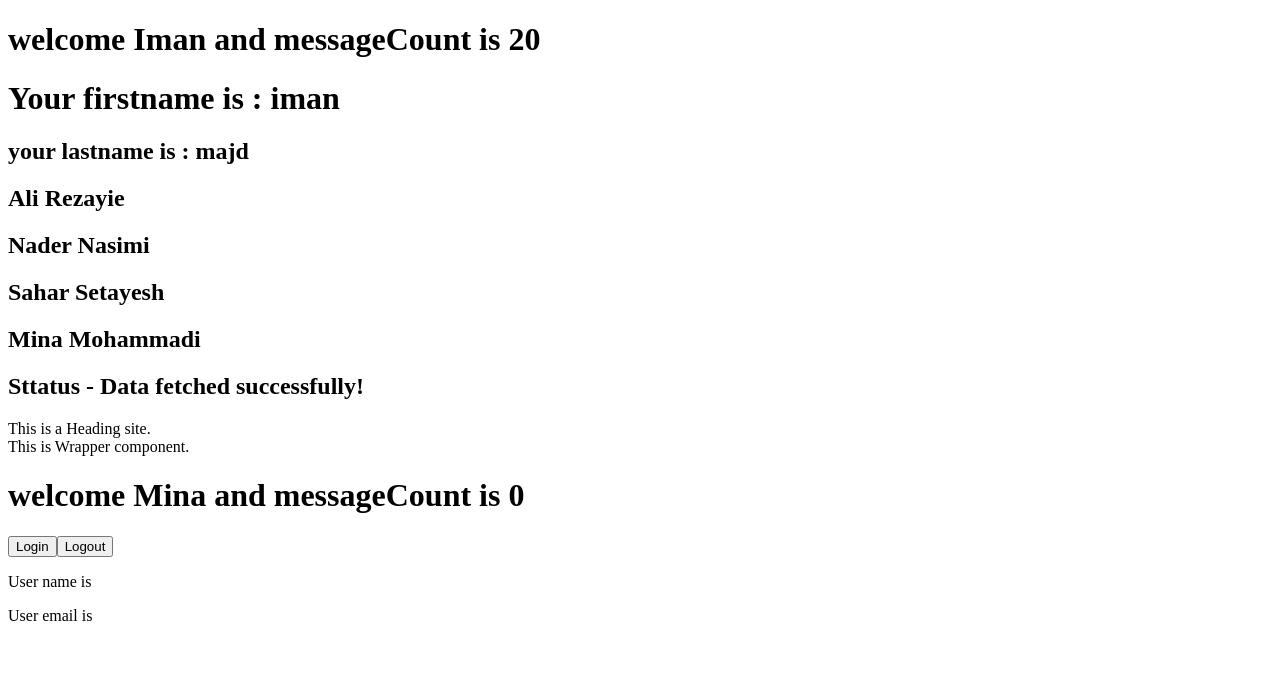
Repository: imangame2125/Typescript-learn-course
Page: /
These files come from the project's save history. The page is drawn as it stood at one moment and after the next save; the edit follows.
The browser window is 1280 px wide. The pictures show the whole page.
The project was rebuilt for these pictures with package versions that can differ from the ones it lists, and the page was loaded fresh each time.

Above is the page before, as saved 2023-09-30 15:32:42.

### src/App.tsx
import React from "react";
import { Greet } from "./components/pages/Greet";
import Person from "./components/pages/Person";
import PersonList from "./components/pages/PersonList";
import Status from "./components/pages/Status";
import Heading from "./components/pages/Heading";
import { Wrapper } from "./components/pages/Wrapper";
import User from "./components/pages/User";

function App() {
  const personName = {
    firstName: "iman",
    lastName: "majd",
  };

  const nameList = [
    {
      firstName:'Ali',
      lastName:'Rezayie'
    },


    {
      firstName:'Nader',
      lastName:'Nasimi'
    },


    {
      firstName:'Sahar',
      lastName:'Setayesh'
    },



    {
      firstName:'Mina',
      lastName:'Mohammadi'
    },
  ]
  return (
    <div className="App">
      <Greet name="Iman" messageCount={20} isLoggedIn={true} family={0} />
      <Person name={personName} />
      <PersonList names={nameList}/>
      <Status status="success"/>
      <Heading>
        This is a Heading site.
      </Heading>
      <Wrapper>
        <Heading>This is Wrapper component.</Heading>
      </Wrapper>
      <Greet name='Mina' isLoggedIn={true} family={0}/>
      <User/>
    </div>
  );
}

export default App;

### src/components/pages/Greet.tsx
import React from "react";
import { GreetProps } from "../types/GreetProps";

//optional props

export const Greet = ({ name, messageCount = 0, isLoggedIn }: GreetProps) => {
  return (
    <div>
      {isLoggedIn ? (
        <h1>{`welcome ${name} and messageCount is ${messageCount}`}</h1>
      ) : (
        <h2>its bad...</h2>
      )}
    </div>
  );
};

### src/components/pages/Person.tsx
import React from "react";
import { PersonProps } from "../types/PersonProps";

const Person = ({ name: { firstName, lastName } }: PersonProps) => {
  return (
    <div>
      <h1>Your firstname is : {firstName}</h1>
      <h2>your lastname is : {lastName}</h2>
    </div>
  );
};

export default Person;

### src/components/pages/PersonList.tsx
import React from 'react'
import { Name } from '../types/PersonLIstProps'

type PersonsListProps = {
  names:Name[]
}

const PersonList = ({names}:PersonsListProps) => {
  return (
    <div>
        {names.map((name)=>{
            return(
                <h2 key={name.firstName}>{name.firstName} {name.lastName}</h2>
            )
        })}
    </div>
  )
}

export default PersonList

### src/components/pages/Status.tsx
import React from "react";
import { StatusProps } from "../types/StatusProps";
//a Union of string literals

const Status = ({ status }: StatusProps) => {
  let message;
  if (status === "loading") {
    message = "Loading...";
  } else if (status === "success") {
    message = "Data fetched successfully!";
  } else if (status === "error") {
    message = "Error fetching data";
  }
  return (
    <div>
        <h2>Sttatus - {message}</h2>
    </div>
  );
};

export default Status;

### src/components/pages/Heading.tsx
import React from "react";
import { HeadingProps } from "../types/HeadingProps";

//children props
const Heading = ({ children }: HeadingProps) => {
  return <div>{children}</div>;
};

export default Heading;

### src/components/pages/Wrapper.tsx
import React from "react";
import { WrapperProps } from "../types/WrapperProps";
//children props when type is React.ReactNode

export const Wrapper = ({ children }: WrapperProps) => {
  return <div>{children}</div>;
};

### src/components/pages/User.tsx
import React, { useState } from "react";
// import { UserProps } from "../types/UserProps";

type UserProps = {
  name: string;
  email: string;
};

const User = () => {
  const [user, setUser] = useState<UserProps>({} as UserProps);
  const handleLogin = () => {
    setUser({
      name: "iman",
      email: "imanclever51@gmail.com",
    });
  };

  const handleLogout = () => {
    setUser({
      name: "",
      email: "",
    });
  };
  return (
    <div>
      <button onClick={handleLogin}>Login</button>
      <button onClick={handleLogout}>Logout</button>
      <p>User name is {user.name} </p>
      <p>User email is {user.email}</p>
    </div>
  );
};

export default User;

### src/components/pages/Container.jsx
import React, { useReducer } from "react";

const initialState = { count: 0 };

function reducer(state, action) {
  switch (action.type) {
    case "INCREMENT":
      return {
        count: state.count + action.payload,
      };

    case "DECREMENT":
      return {
        count: state.count - action.payload,
      };
    default:
      return state;
  }
}

const Container = () => {
  const [state, dispatch] = useReducer(reducer, initialState);

  const handleInc = () => {
    dispatch({
      type: "INCREMENT",
      payload: 10,
    });
  };
  return (
    <>
      Count: {state.count}
      {/* <button onClick={() => dispatch({ type: "INCREMENT", payload: 10 })}> */}
      <button onClick={handleInc}>
        Increment 10
      </button>
      <button onClick={() => dispatch({ type: "DECREMENT", payload: 10 })}>
        Decrement 10
      </button>
    </>
  );
};

export default Container;

Loaded but not shown: public/index.html (common file); src/index.tsx (common file)

After the next save:
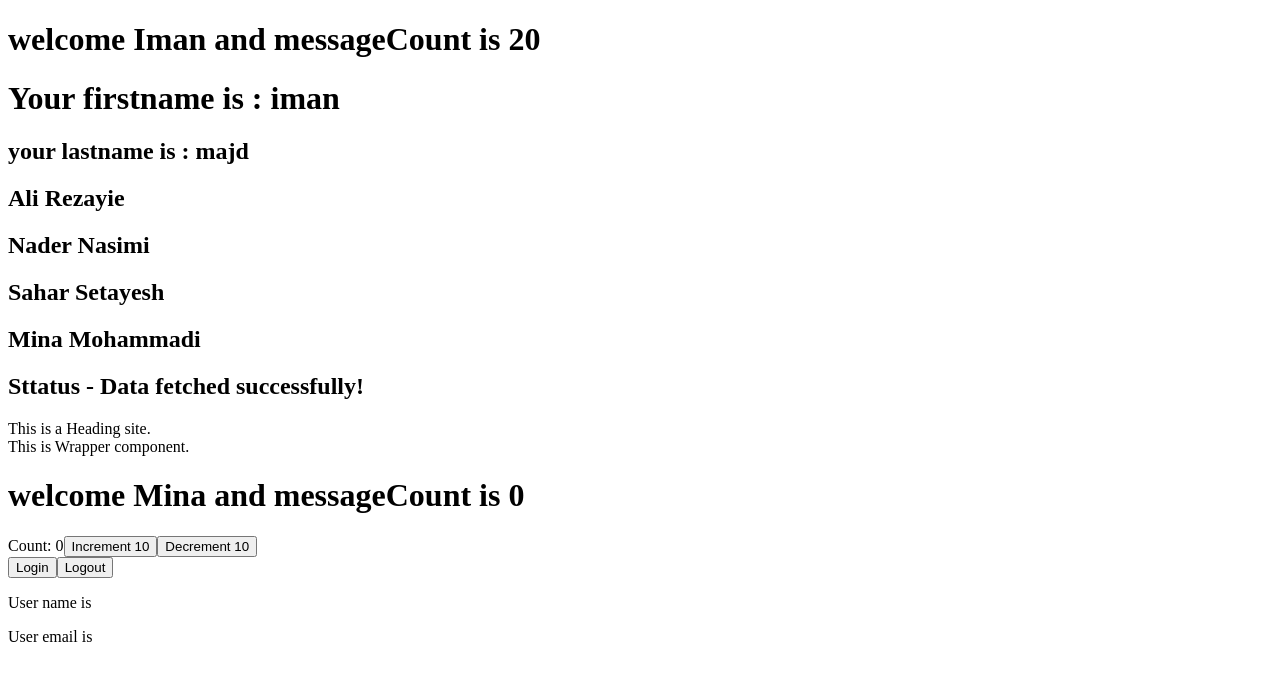
Saved 17 s later.
--- a/src/App.tsx
+++ b/src/App.tsx
@@ -6,6 +6,7 @@ import Status from "./components/pages/Status";
 import Heading from "./components/pages/Heading";
 import { Wrapper } from "./components/pages/Wrapper";
 import User from "./components/pages/User";
+import Container from "./components/pages/Container";
 
 function App() {
   const personName = {
@@ -51,6 +52,7 @@ function App() {
         <Heading>This is Wrapper component.</Heading>
       </Wrapper>
       <Greet name='Mina' isLoggedIn={true} family={0}/>
+      <Container/>
       <User/>
     </div>
   );
